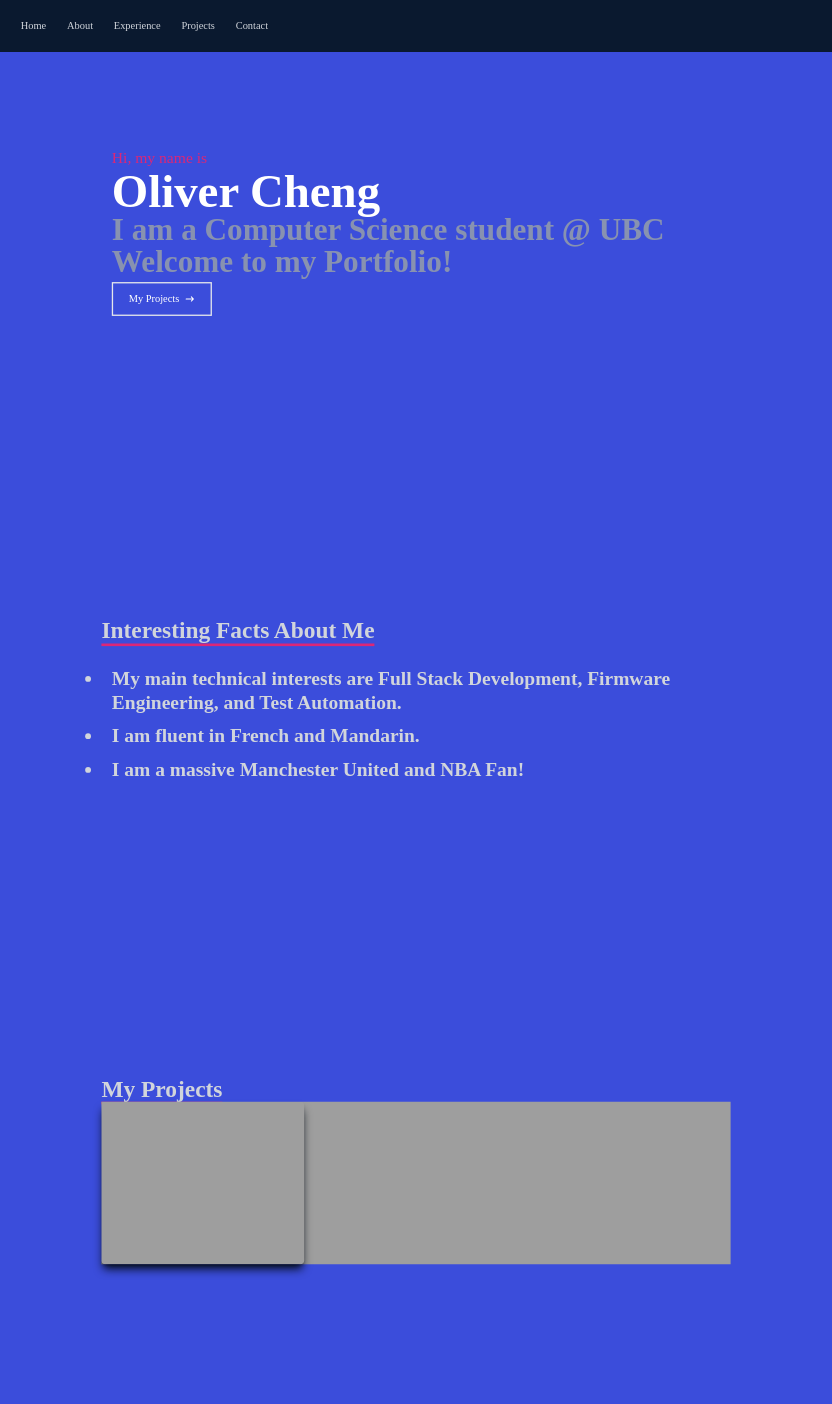
Repository: olichengus/Project-Portfolio
Page: /
An editor plug-in stored every save of this project. The page is shown before and after a run of saves, followed by the edit.
The browser window is 1280 px wide. The pictures show the whole page, at 65% of full size.
The pointer rests on the first visible `.content-div`.
Pictures or frames that could not be fetched are drawn as grey boxes. The project was rebuilt for these pictures with package versions that can differ from the ones it lists, and the page was loaded fresh each time.

Above is the page before, as saved 2024-02-09 22:54:30.

### src/index.css
@tailwind base;
@tailwind components;
@tailwind utilities;

@import url('https://fonts.googleapis.com/css2?family=Roboto:wght@300;400;500;700&display=swap');

@layer base {
  body {
    @apply font-[Raleway];
  }
  li {
    @apply px-4;
    @apply cursor-pointer;
  }
}


.content-div{
  background-repeat: no-repeat;
  background-size: cover;
  background-position: center;
  height: 250px;
}

### src/App.js
import Home from './components/Home';
import Navbar from './components/Navbar';
import About from './components/About';
import Work from './components/Work';

function App() {
  return (
    <div>
      <Navbar />
      <Home />
      <About />
      <Work />
    </div>
  );
}

export default App;

### src/components/Home.jsx
import React from 'react'
import {HiArrowNarrowRight} from 'react-icons/hi'

const Home = () => {
  return (
    <div className='w-full h-screen bg-[#3b4ddb]'>
      {/* Container */}
      <div className='max-w-[1000px] mx-auto px-8 flex flex-col justify-center h-full'>
        <p className='text-pink-600 text-2xl'>Hi, my name is</p>
        <h1 className='text-white text-7xl font-bold'>Oliver Cheng</h1>
        <h2 className='text-4xl sm:text-5xl font-bold text-[#8892b0]'> I am a Computer Science student @ UBC</h2>
        <h2 className='text-4xl sm:text-5xl font-bold text-[#8892b0]'> Welcome to my Portfolio!</h2>
        <div className='background-color'>
          <button className = 'text-white border-2 px-6 py-3 my-2 flex items-center hover:bg-pink-600 hover:border-pink-600'>
            My Projects
            <span className='group-hover:rotate-90 duration-300'>
              <HiArrowNarrowRight className='ml-2' />
            </span>
          </button>
        </div>
      </div>

    </div>
  )
}

export default Home

### src/components/navbar.js
import React, {useState} from 'react'
import {
    FaBars,
    FaTimes,
    FaGithub,
    FaLinkedin
  } from 'react-icons/fa';
import { HiOutlineMail } from 'react-icons/hi';
import BsFillPersonFill from 'react-icons/bs';

const Navbar = () => {
    const [nav, setNav] = useState(false)
    const handleClick = () => setNav(!nav)
  return (
    <div className='fixed w-full h-[80px] flex justify-between items-center px-4 bg-[#0a192f] text-gray-300'>
    {/* menu */}
        <div className='hidden md:flex'>
            <ul className='hidden md:flex'>
                <li>Home</li>
                <li>About</li>
                <li>Experience</li>
                <li>Projects</li>
                <li>Contact</li>


            </ul>
        </div>

        <div onClick={handleClick} className='md:hidden z-10'>
            {/* if false set it to bars else set it to x logo*/}
            {!nav ? <FaBars /> : <FaTimes />}
        </div>


        {/* Moble menu */}
        <ul className={!nav ? "hidden": 'absolute top-0 left-0 w-full h-screen bg-[#0a192f] flex flex-col justify center items-center'}>
                <li className='py-6 text-4xl'>Home</li>
                <li className='py-6 text-4xl'>About</li>
                <li className='py-6 text-4xl'>Experience</li>
                <li className='py-6 text-4xl'>Projects</li>
                <li className='py-6 text-4xl'>Contact</li>

        </ul>
        {/* Social Icons */}
        <div className='flex fixed flex-col top-[35%] left-0;'>
        </div>
    </div>


  )
}

export default Navbar

### src/components/About.jsx
import React from 'react';

const About = () => {
    return (
        <div name='about' className='w-full h-screen bg-[#3b4ddb] text-gray-300'>
            <div className='flex flex-col justify-center items-center w-full h-full'>
                <div className='max-w-[1000px] w-full px-4 justify-center items-center'>
                    <div className='text-left'>
                        <p className='text-4xl font-bold inline border-b-4 border-pink-600 hover:text-white'>Interesting Facts About Me</p>
                    </div>

                </div>
                <div className='mt-9 max-w-[1000px] w-full'>
                    <ul class="list-disc pl-4">
                        <li class="mb-2 text-3xl font-bold hover:text-white">My main technical interests are Full Stack Development, Firmware Engineering, and Test Automation.</li>
                        <li class="mt-4 mb-2 text-3xl font-bold hover:text-white">I am fluent in French and Mandarin.</li>
                        <li class="mt-4 mb-2 text-3xl font-bold hover:text-white">I am a massive Manchester United and NBA Fan!</li>
                    </ul>
                </div>
            </div>
        </div>
    )
}

export default About;

### src/components/Work.jsx
import React from 'react';
import Background from '../assets/background.jpeg';

const Work = () => {
    return (
        <div className='w-full md:h-screen text-gray-300 bg-[#3b4ddb]'>
            <div className='max-w-[1000px] mx-auto p-4 flex flex-col justify-center w-full h-full'>
                <div>
                    <p className='text-4xl font-bold inline border-b-4 text-gray-300 border-pink-600'>My Projects</p>
                </div>

                <div style = {{backgroundImage: `url(${Background})`}}
                className='grid sm:grid-cols-2 md:grid-cols-3 gap-4'>
                    <div className='shadow-lg shadow-[#040c16] group container rounded-md flex justify-center items-center mx-auto content-div'>

                        {/* Hover Effects */}
                        <div>
                            <span>

                            </span>
                            <div>
                                <a href ="/">
                                    <button></button>
                                </a>
                                <a href = "/">
                                    <button></button>
                                </a>
                            </div>
                        </div>
                    </div>
                </div>



            </div>
        </div>
    );
};

export default Work;

### tailwind.config.js
/** @type {import('tailwindcss').Config} */
module.exports = {
  content: ["./src/**/*.{html,jsx}"],
  theme: {
    extend: {},
  },
  plugins: [],
}

Loaded but not shown: public/index.html (common file); src/index.js (common file); public/manifest.json (common file)

After the next 4 saves:
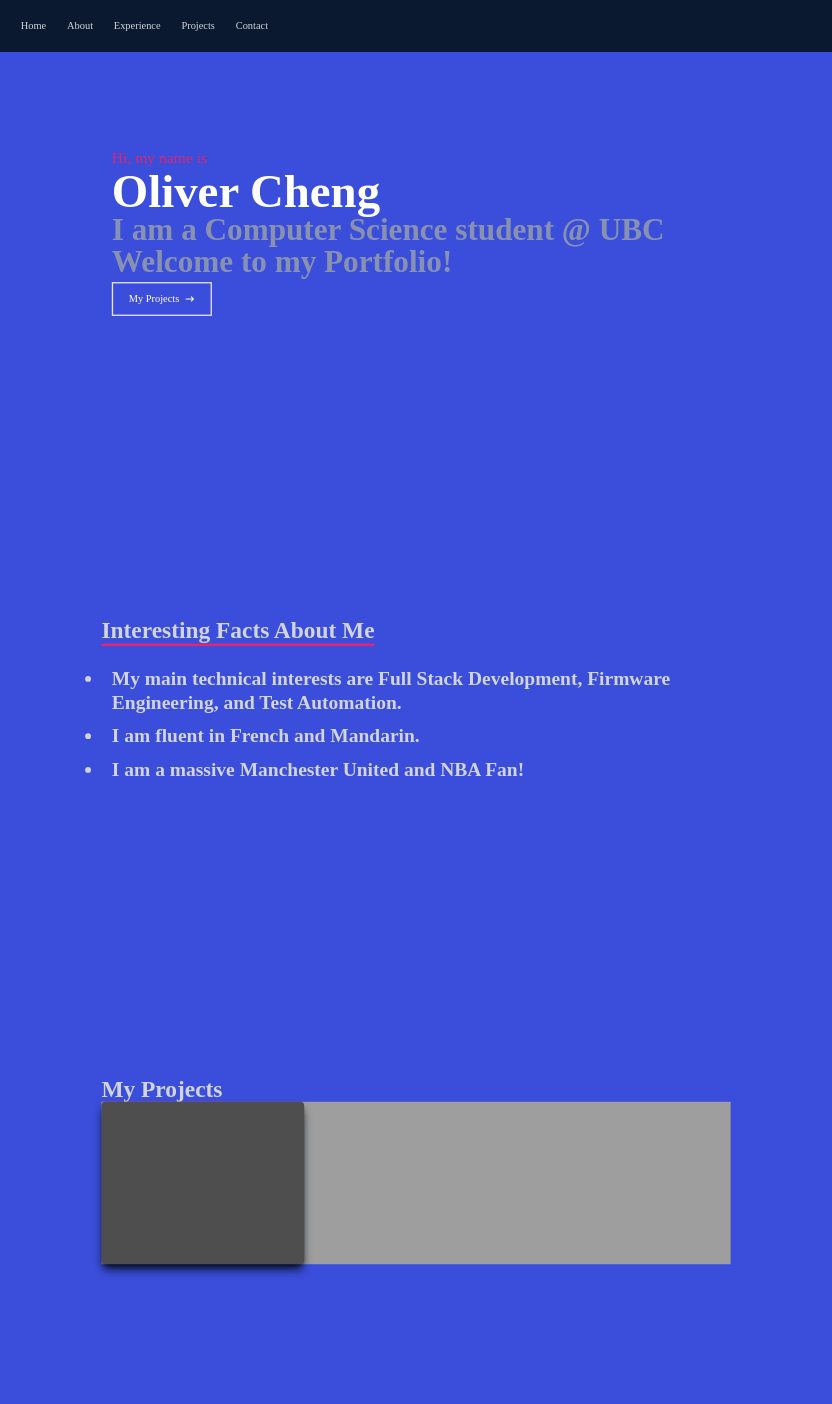
The 4 saves are shown as one change because 1 did not build or start and some came seconds apart.
The last was saved 14 s later.
--- a/src/index.css
+++ b/src/index.css
@@ -21,3 +21,8 @@
   background-position: center;
   height: 250px;
 }
+
+.content-div:hover{
+  background-color: rgba(0, 0, 0, 0.5);
+  transition: 0.5s;
+}
